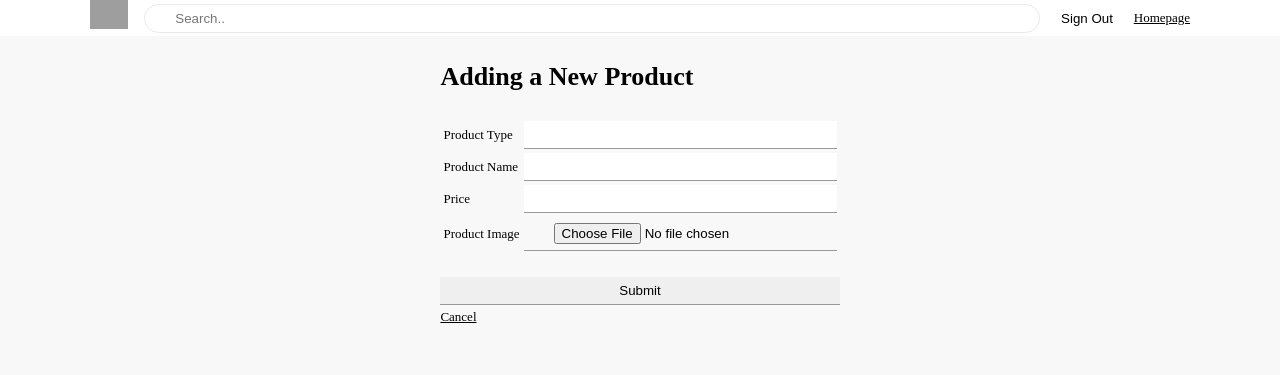
Repository: PhuongHuynh9987/Shopaholic-Ecommerce
Page: http://localhost/Shopaholic/WEB-INF/views/addnewproduct.jsp
These files come from the project's save history. The page is drawn as it stood at one moment and after the next save; the edit follows.
The browser window is 1280 px wide. The pictures show the whole page.
Pictures or frames that could not be fetched are drawn as grey boxes. The page is served by Tomcat 9. Nobody is signed in. The template is opened directly, without the code that normally fills it, so the values that code supplies are empty.

Above is the page before, as saved 2024-01-30 01:11:53.

After the next save:
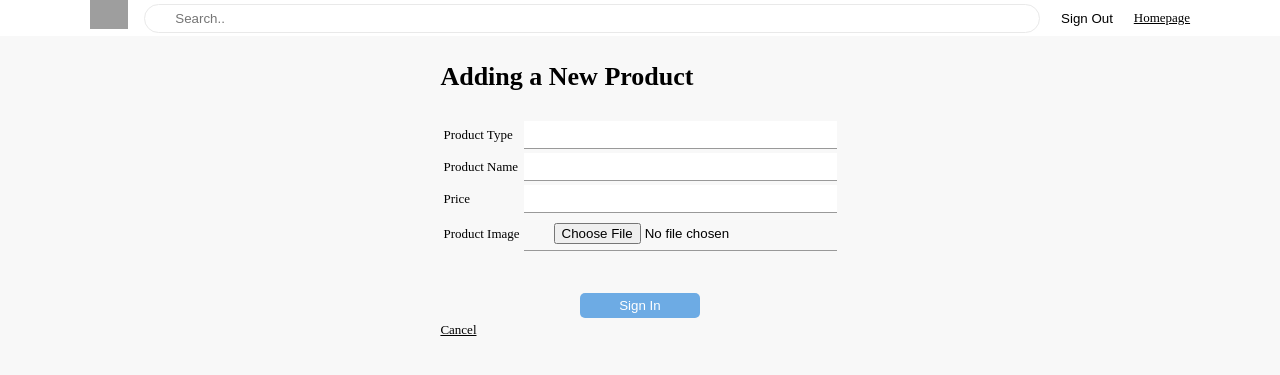
Saved 32 s later.
--- a/Shopaholic/src/main/webapp/WEB-INF/views/addnewproduct.jsp
+++ b/Shopaholic/src/main/webapp/WEB-INF/views/addnewproduct.jsp
@@ -71,7 +71,9 @@
 
 				</table>
 				<span class="emptyField">Please Fill In All Required Fields!</span>
-				<input type="submit" value="Submit" class ="signin" />
+				<div class="form-group form-button">
+							<input type="submit" name = 'signin' id="signin" class ="form-submit" value ="Sign In" />
+						</div>
 			</form>
 			<div class = "footer">
 				<a href="MerchantServlet">Cancel</a>
